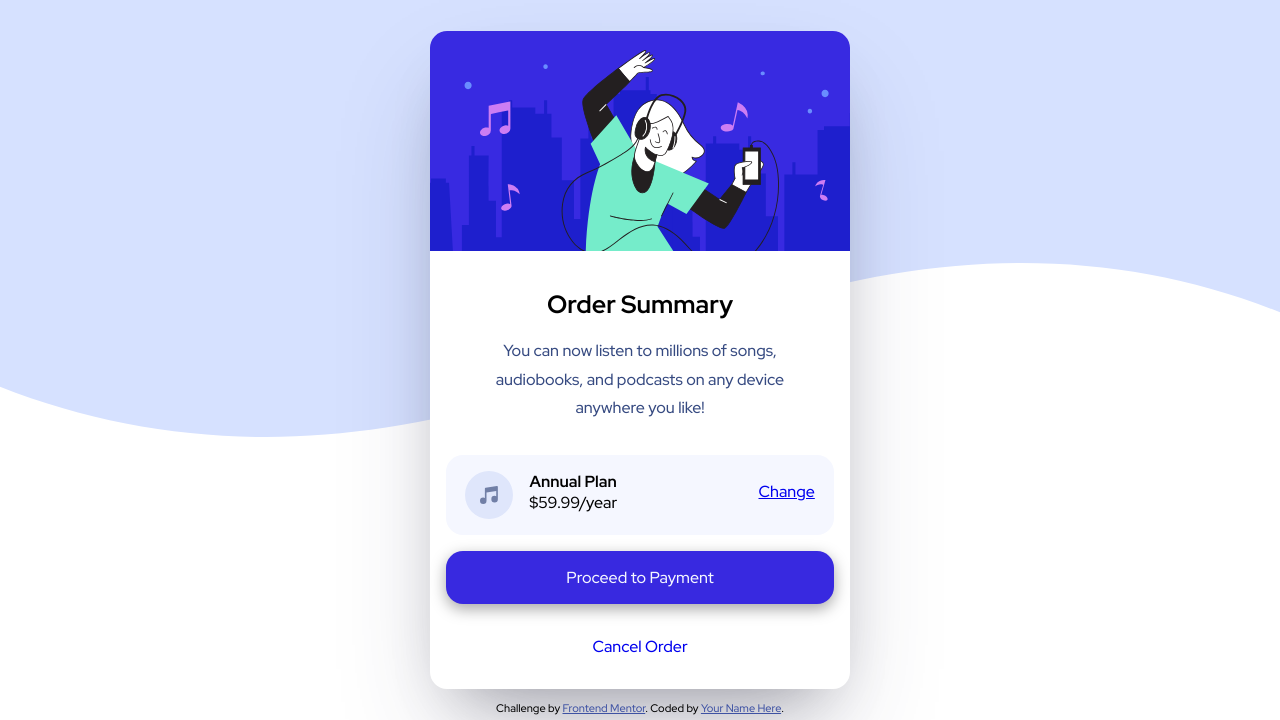
Repository: DejV44/order-summary-frontend
Page: index.html
An editor plug-in stored every save of this project. The page is shown before and after the next save, followed by the edit.
The browser window is 1280 px wide. The pictures show the whole page.
The style sheet was rebuilt from its Sass, Less or Tailwind sources for each picture, by a compiler version that may differ from the author's.

Above is the page before, as saved 2021-08-13 12:33:08.

After the next save:
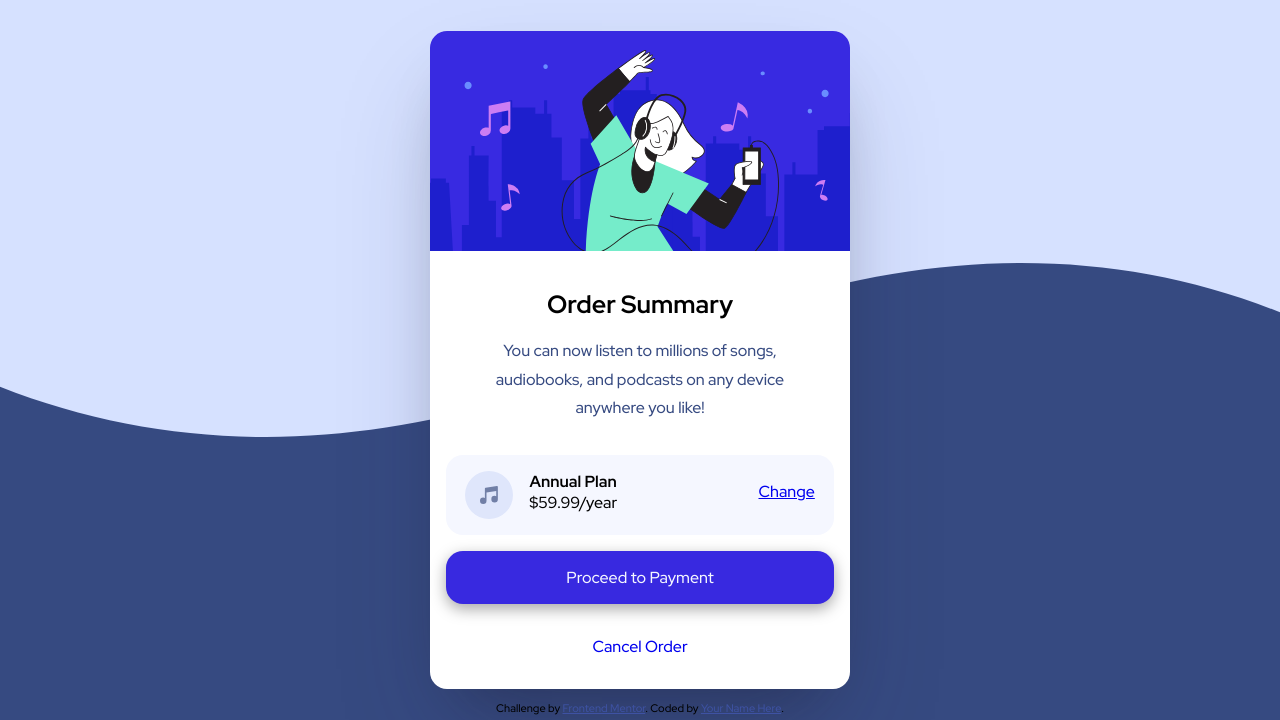
Saved 32 s later.
--- a/css/_mixins.scss
+++ b/css/_mixins.scss
@@ -12,7 +12,7 @@
 @mixin backgroundDesk {
     background: url(/images/pattern-background-desktop.svg);
     background-repeat: no-repeat;
-
+    background-color: $Desaturatedblue;
     background-position: top;
 }
 
